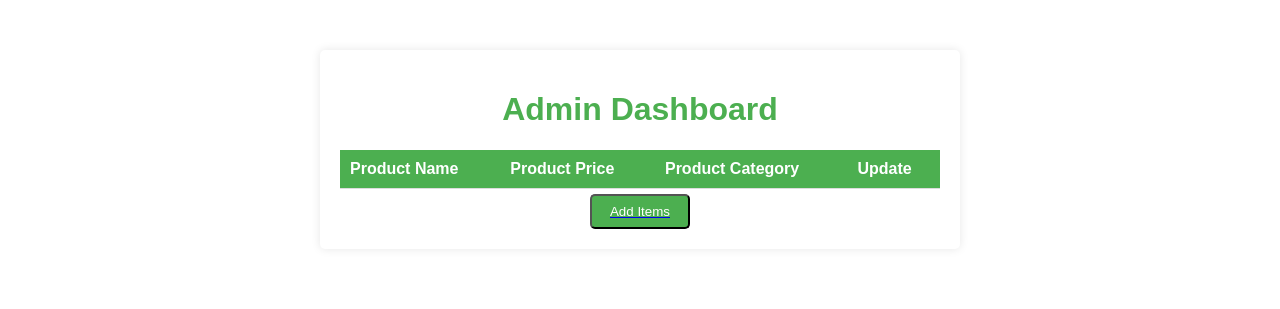
Repository: UrinduYatawakaa/OOP_project
Page: http://localhost/ProductDemo/AllServlet
The author's editor kept a copy of each file at every save. The page is drawn from the files as they stood at one save, then again after the next save.
The browser window is 1280 px wide. The pictures show the whole page.
The page is served by Tomcat 9. Other server files are loaded and not shown. Queries for data that is not in the repository find no rows.

Above is the page before, as saved 2023-10-25 18:29:08.

### oop project/ProductDemo/src/main/webapp/searchbarAdmin.jsp
<%@ page language="java" contentType="text/html; charset=ISO-8859-1"
    pageEncoding="ISO-8859-1"%>
    <%@taglib prefix="c" uri="http://java.sun.com/jsp/jstl/core"%>

<!DOCTYPE html>
<html lang="en">

<head>
    <meta charset="UTF-8">
    <meta name="viewport" content="width=device-width, initial-scale=1.0">
    <link rel="stylesheet" href="css/category.css" type="text/css">
    <title>Simple Grocery Cart</title>
</head>

<body>
    <div class="container2">
        <table class="cart">
        <h1>Admin Dashboard</h1>
            <thead>
                <tr>
                    <th>Product Name</th>
                    <th>Product Price</th>
                    <th>Product Category</th>
                    <th>Update</th>
                </tr>
            </thead>
            <c:forEach var="product" items = "${productDetails}" >

            <c:set var="id" value="${product.id}"/>
            <c:set var="name" value="${product.name}"/>
            <c:set var="price" value="${product.price}"/>
            <c:set var="category" value="${product.category}"/>

            <c:url value="updateProduct.jsp" var="productUpdate">
		    <c:param name="id" value="${id}"/>
		    <c:param name="name" value="${name}"/>
		    <c:param name="price" value="${price}"/>
		    <c:param name="category" value="${category}"/>
	        </c:url>

            <tbody>
                <tr>
                    <td>${product.name}</td>
                    <td>${product.price}</td>
                    <td>${product.category}</td>

                    <td>
                        <a href="${productUpdate}">
                            <input type="button" name="update" value="update value"  class="add-to-cart-button">
                            </a>
                    </td>
                </tr>

        </c:forEach>
        </tbody>

        </table>
         <a href="ProductInsert.jsp">
         <input type="button" name="update" value="Add Items"  class="add-to-cart-button">
        </a>

    </div>
</body>


</html>

### oop project/ProductDemo/src/main/java/com/product/AllServlet.java
package com.product;

import java.io.IOException;
import java.util.List;

import javax.servlet.RequestDispatcher;
import javax.servlet.ServletException;
import javax.servlet.annotation.WebServlet;
import javax.servlet.http.HttpServlet;
import javax.servlet.http.HttpServletRequest;
import javax.servlet.http.HttpServletResponse;

@WebServlet("/AllServlet")
public class AllServlet extends HttpServlet {
	private static final long serialVersionUID = 1L;

	protected void doGet(HttpServletRequest request, HttpServletResponse response) throws ServletException, IOException {
		String category = request.getParameter("category");

		List<Product> productDetails = ProductDBUtil.getAll();
			request.setAttribute("productDetails", productDetails);

			RequestDispatcher dis = request.getRequestDispatcher("searchbarAdmin.jsp");
			dis.forward(request, response);



	}

}

### oop project/ProductDemo/src/main/java/com/product/ProductDBUtil.java
package com.product;
import java.sql.Connection;
import java.sql.DriverManager;
import java.sql.PreparedStatement;
import java.sql.ResultSet;
import java.sql.Statement;
import java.util.ArrayList;
import java.util.List;


public class ProductDBUtil {

	private static boolean isSuccess;
	private static Connection con = null;
	private static Statement stmt = null;
	private static ResultSet rs = null;

	public static List<Product> getProduct (String name){

		ArrayList<Product> product = new ArrayList<>();



		try {
			//String sql = "select * from product_details where product_name='%''"+name+"''%'";
			con = DBConnect.getConnction();
			stmt = con.createStatement();
			String sql = "SELECT * FROM product_details WHERE product_name LIKE '%" + name + "%'";
			rs = stmt.executeQuery(sql);

			if(rs.next()) {
				int id = rs.getInt(1);
				String productName = rs.getString(2);
				double price = rs.getDouble(3);
				String category = rs.getString(4);

				Product p = new Product(id,productName,price,category);
				product.add(p);
			}

		} catch (Exception e) {
			e.printStackTrace();
		}



		return product;

	}

	public static boolean InsertProduct(String name, String price, String category) {

		boolean isSuccess = false;


		try {
			con = DBConnect.getConnction();
			stmt = con.createStatement();
            double Price = Double.parseDouble(price); // Convert the String to a double

			String sql = "insert into product_details values (0,'"+name+"','"+Price+"','"+category+"')";
			int rs = stmt.executeUpdate(sql); //update to query

			if(rs>0) {
				isSuccess = true;
			} else {
				isSuccess = false;
			}

		} catch (Exception e) {
			e.printStackTrace();
		}


		return isSuccess;
	}

	public static boolean updateProduct(String id, String name, String price, String category) {

		try {
			con = DBConnect.getConnction();
			stmt = con.createStatement();

			double Price = Double.parseDouble(price);

			String sql = "update product_details set product_name='"+name+"', product_price='"+Price+"', product_category='"+category+"' where idproduct_details='"+id+"'";
			int rs = stmt.executeUpdate(sql);

			if(rs > 0) {
				isSuccess = true;
			} else {
				isSuccess = false;
			}

		} catch (Exception e) {
			e.printStackTrace();
		}

		return isSuccess;
	}

	public static List<Product> getProdcutDetails(String id){

		int convertID = Integer.parseInt(id);

		ArrayList<Product> product = new ArrayList<>();

		try {

			con = DBConnect.getConnction();
			stmt = con.createStatement();
			String sql = "SELECT * FROM product_details WHERE idproduct_details='" + convertID + "'";
			rs = stmt.executeQuery(sql);

			while(rs.next()) {
				int ID = rs.getInt(1);
				String productName = rs.getString(2);
				double price = rs.getDouble(3);
				String category = rs.getString(4);

				Product p = new Product(ID,productName,price,category);
				product.add(p);
			}


		} catch (Exception e) {
			e.printStackTrace();
		}

		return product;
	}


	public static List<Product> getCategory(String category){


		ArrayList<Product> product = new ArrayList<>();

		try {

			con = DBConnect.getConnction();
			stmt = con.createStatement();
			String sql = "SELECT * FROM product_details WHERE product_category='" + category + "'";
			rs = stmt.executeQuery(sql);

			while(rs.next()) {
				int ID = rs.getInt(1);
				String productName = rs.getString(2);
				double price = rs.getDouble(3);
				String categoryy = rs.getString(4);

				Product p = new Product(ID,productName,price,categoryy);
				product.add(p);
			}


		} catch (Exception e) {
			e.printStackTrace();
		}

		return product;
	}

//
public static List<Product> getAll(){


		ArrayList<Product> product = new ArrayList<>();

		try {

			con = DBConnect.getConnction();
			stmt = con.createStatement();
			String sql = "SELECT * FROM product_details";
			rs = stmt.executeQuery(sql);

			while(rs.next()) {
				int ID = rs.getInt(1);
				String productName = rs.getString(2);
				double price = rs.getDouble(3);
				String categoryy = rs.getString(4);

				Product p = new Product(ID,productName,price,categoryy);
				product.add(p);
			}


		} catch (Exception e) {
			e.printStackTrace();
		}

		return product;
	}


}

### oop project/ProductDemo/src/main/java/com/product/DBConnect.java
package com.product;

import java.sql.Connection;
import java.sql.DriverManager;

public class DBConnect {

	private static String url = "jdbc:mysql://localhost:3306/product";
	private static String user = "root";
	private static String password = "1234";
	private static Connection con;

	public static Connection getConnction() {

		try {
			Class.forName("com.mysql.jdbc.Driver");

			con = DriverManager.getConnection(url, user, password);

		} catch (Exception e) {
			System.out.println("Database connection failed!");
		}

		return con;

	}

}

### oop project/ProductDemo/src/main/webapp/css/category.css
@charset "ISO-8859-1";

body {
    font-family: Arial, sans-serif;
    background-color: #fff;
    color: #333;
    margin: 0;
    padding: 0;
}

.container2 {
    max-width: 600px;
    margin: 0 auto;
    padding: 20px;
    background-color: #fff;
    box-shadow: 0 0 10px rgba(0, 0, 0, 0.1);
    border-radius: 5px;
    margin-top: 50px;
    margin-bottom: 50px;
}

.container2 h1 {
    text-align: center;
    color: #4CAF50;
}

.cart {
    width: 100%;
    margin-top: 20px;
    border-collapse: collapse;
}

.cart th, .cart td {
    padding: 10px;
    text-align: left;
    border-bottom: 1px solid #ddd;
}

.cart th {
    background-color: #4CAF50;
    color: #fff;
}

.cart tbody tr:hover {
    background-color: #f5f5f5;
}

.add-to-cart-button {
    display: block;
    width: 100px;
    text-align: center;
    background-color: #4CAF50;
    color: #fff;
    padding: 8px 10px;
    text-decoration: none;
    border-radius: 5px;
    margin: 0 auto;
    margin-top: 5px;
}

.add-to-cart-button:hover {
    background-color: #333;
}

After the next save:
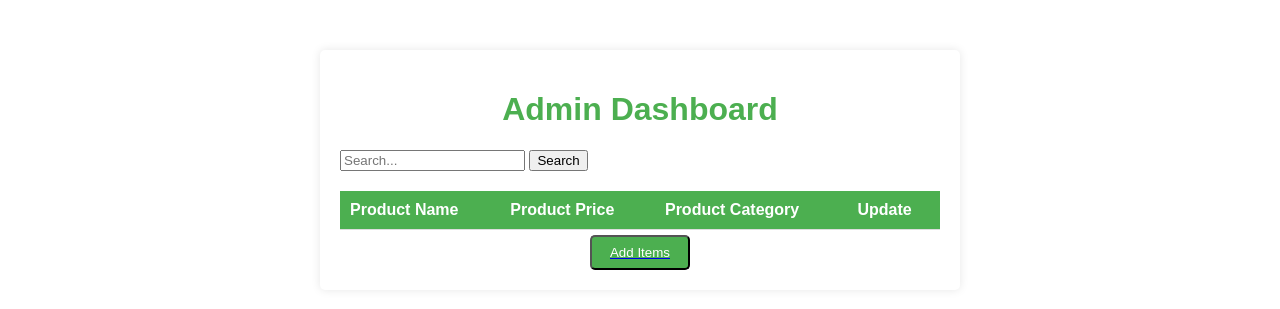
Saved 101 s later.
--- a/oop project/ProductDemo/src/main/webapp/searchbarAdmin.jsp
+++ b/oop project/ProductDemo/src/main/webapp/searchbarAdmin.jsp
@@ -17,6 +17,12 @@
         <table class="cart">
         <h1>Admin Dashboard</h1>
             <thead>
+            <div class="search-bar">
+                <form action="log" method="post">
+                    <input type="text" name="ProductName" placeholder="Search...">
+                    <input type="submit" name="submit" value="Search">
+                </form>
+            </div>
                 <tr>
                     <th>Product Name</th>
                     <th>Product Price</th>
